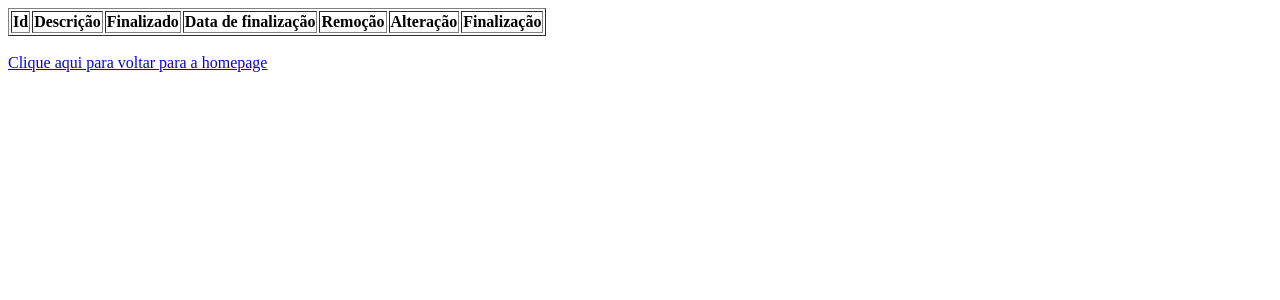
Repository: engcarlosrosa/ChatInsper
Page: http://localhost/handout15/listaTarefas
The author's editor kept a copy of each file at every save. The page is drawn from the files as they stood at one save, then again after the next save.
The browser window is 1280 px wide. The pictures show the whole page.
The page is served by Tomcat 9. Queries for data that is not in the repository find no rows.

Above is the page before, as saved 2016-10-25 21:16:09.

After the next save:
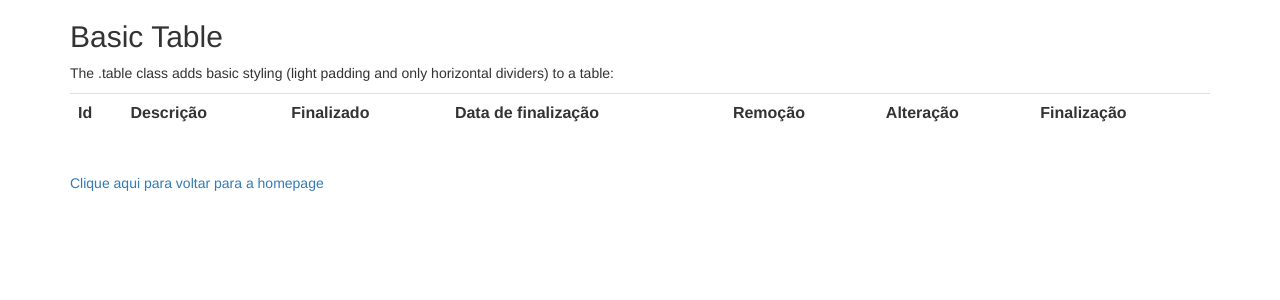
Saved 3 min 39 s later.
--- a/handout15/WebContent/WEB-INF/views/lista.jsp
+++ b/handout15/WebContent/WEB-INF/views/lista.jsp
@@ -3,7 +3,20 @@
 <%@ taglib uri="http://java.sun.com/jsp/jstl/fmt" prefix="fmt" %>
 <html>
 <body>
-   <table border="1">
+   <head>
+  <title>Bootstrap Example</title>
+  <meta charset="utf-8">
+  <meta name="viewport" content="width=device-width, initial-scale=1">
+  <link rel="stylesheet" href="https://maxcdn.bootstrapcdn.com/bootstrap/3.3.7/css/bootstrap.min.css">
+  <script src="https://ajax.googleapis.com/ajax/libs/jquery/1.12.4/jquery.min.js"></script>
+  <script src="https://maxcdn.bootstrapcdn.com/bootstrap/3.3.7/js/bootstrap.min.js"></script>
+</head>
+<body>
+
+<div class="container">
+  <h2>Basic Table</h2>
+  <p>The .table class adds basic styling (light padding and only horizontal dividers) to a table:</p>
+  <table class="table">
       <tr>
          <th>Id</th>
          <th>Descrição</th>
